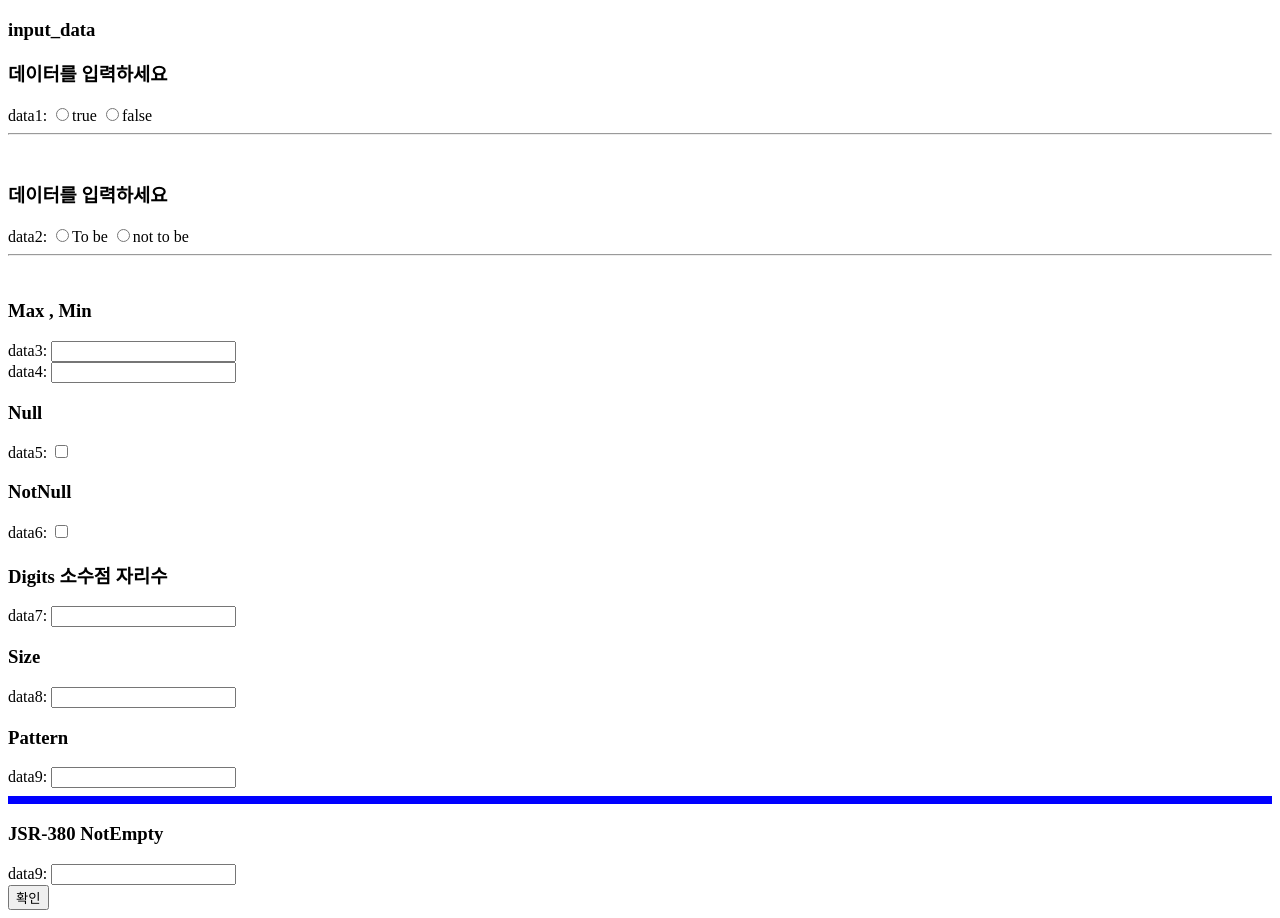
Repository: kangseongwuk/Spring
Page: http://localhost/SpringMiniProject/WEB-INF/views/input_data.jsp
These files come from the project's save history. The page is drawn as it stood at one moment and after the next save; the edit follows.
The browser window is 1280 px wide. The pictures show the whole page.
The page is served by Tomcat 9. Nobody is signed in. Other server files are loaded and not shown. The template is opened directly, without the code that normally fills it, so the values that code supplies are empty.

Above is the page before, as saved 2022-10-20 08:37:37.

### SpringMiniProject/src/main/webapp/WEB-INF/views/input_data.jsp
<%@ page language="java" contentType="text/html; charset=UTF-8"
    pageEncoding="UTF-8"%>
<%@ taglib prefix="form" uri="http://www.springframework.org/tags/form" %>
<!DOCTYPE html>
<html>
<head>
<meta charset="UTF-8">
<title>데이터 입력</title>
</head>
<body>
	<h3>input_data</h3>

	<form:form action="input_pro" method="post" modelAttribute="dataBean">
	<h3>데이터를 입력하세요</h3>
		data1: <form:radiobutton path="data1" value="true"/>true
				<form:radiobutton path="data1" value="false"/>false<hr>
				<form:errors path="data1"/><br>

	<h3>데이터를 입력하세요</h3>
		data2: <form:radiobutton path="data2" value="true"/>To be
			<form:radiobutton path="data2" value="false"/>not to be<hr>
			<form:errors path="data2"/>	<br>

	<h3>Max , Min</h3>
		data3: <form:input path="data3"/>
			<form:errors path="data3"/>	<br>

		data4: <form:input path="data4"/>
			<form:errors path="data4"/>	<br>

	<h3>Null</h3>
		data5: <form:checkbox path="data5" value="값"/>
			<form:errors path="data5"/>	<br>

	<h3>NotNull</h3>
		data6: <form:checkbox path="data6" value="값"/>
			<form:errors path="data6"/>	<br>

	<h3>Digits 소수점 자리수</h3>
		data7: <form:input path="data7"/>
			<form:errors path="data7"/>	<br>

	<h3>Size </h3>
		data8: <form:input path="data8"/>
			<form:errors path="data8"/>	<br>

	<h3>Pattern </h3>
		data9: <form:input path="data9"/>
			<form:errors path="data9"/>	<br>
	<hr style="border:4px solid blue;">
	<h3>JSR-380 NotEmpty </h3>
		data9: <form:input path="data01"/>
			<form:errors path="data01"/>	<br>


		<form:button type="submit">확인</form:button>
	</form:form>

</body>
</html>


<!--
.JSR-303
---------------------
 - JSR-303
 1) JSR-303 어노테이션은 빈 객체에 주입되는 값의 유효성 검사를 하기 위해 제공되는 어노테이션입니다.
    여기에서는 자주 사용하는 것만 골라서 보도록 하겠습니다.
 2) https://beanvalidation.org/1.0/spec/

	@AssertTrue : true가 아닌 값이 들어오면 오류
	@AssertFalse : false가 아닌 값이 들어오면 오류
	@Max(값) : 값보다 큰 값이 들어오면 오류
	@Min(값) : 값보다 작은 값이 들어오면 오류

 3) @DecimalMax(value=값, inclusive=true/false) : 값보다 작거나 같은 값이 들어와야 합니다.
    Inclusive가 false면 값은 포함하지 않기 때문에 작은 값이 들어와야 합니다. 생략하면 true

 4) @DecimalMin(value=값, inclusive=true/false) : 값보다 크거나 같은 값이 들어와야 합니다.
    Inclusive가 false면 값은 포함하지 않기 때문에 큰 값이 들어와야 합니다. 생략하면 true

 5) @Null : 값이 들어오면 오류가 발생.
    @NotNull : 값이 들어오지 않으면 오류가 발생.
    @Digits(integer=자릿수,fraction=자릿수) : 지정된 자릿수의 숫자가 아닐 경우 오류가 발생.
         Integer – 정수 자릿수, fraction – 실수 자릿수
    @Size(min=글자수,max=글자수) : 지정된 글자수 보다 짧거나 길면 오류가 발생

  6) @Pattern(regexp=정규식) : 주어진 정규식에 위배되면 오류 발생

-->

After the next save:
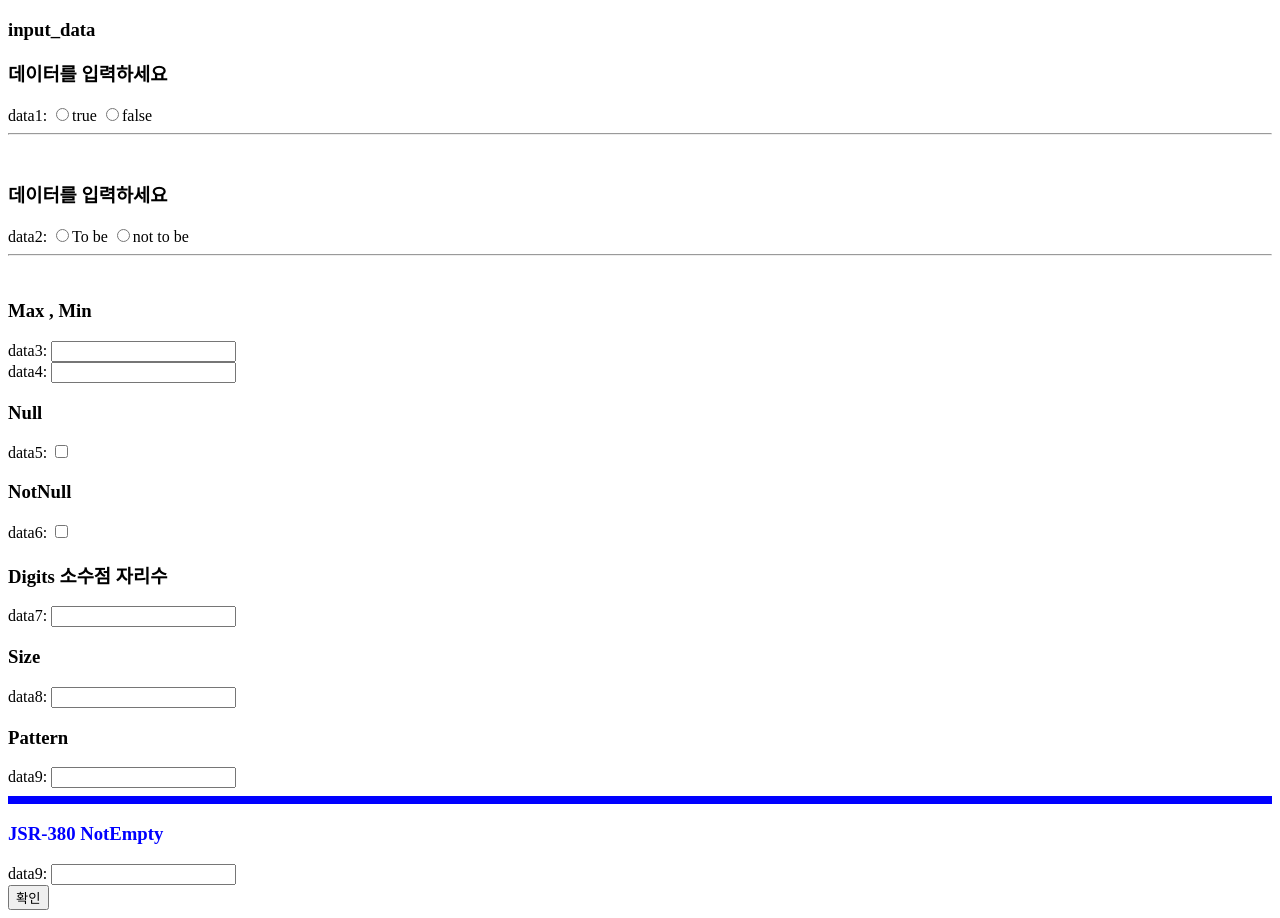
Saved 15 s later.
--- a/SpringMiniProject/src/main/webapp/WEB-INF/views/input_data.jsp
+++ b/SpringMiniProject/src/main/webapp/WEB-INF/views/input_data.jsp
@@ -48,7 +48,7 @@
 		data9: <form:input path="data9"/>
 			<form:errors path="data9"/>	<br>
 	<hr style="border:4px solid blue;">
-	<h3>JSR-380 NotEmpty </h3>
+	<h3 style="color:blue;">JSR-380 NotEmpty </h3>
 		data9: <form:input path="data01"/>
 			<form:errors path="data01"/>	<br>
 
